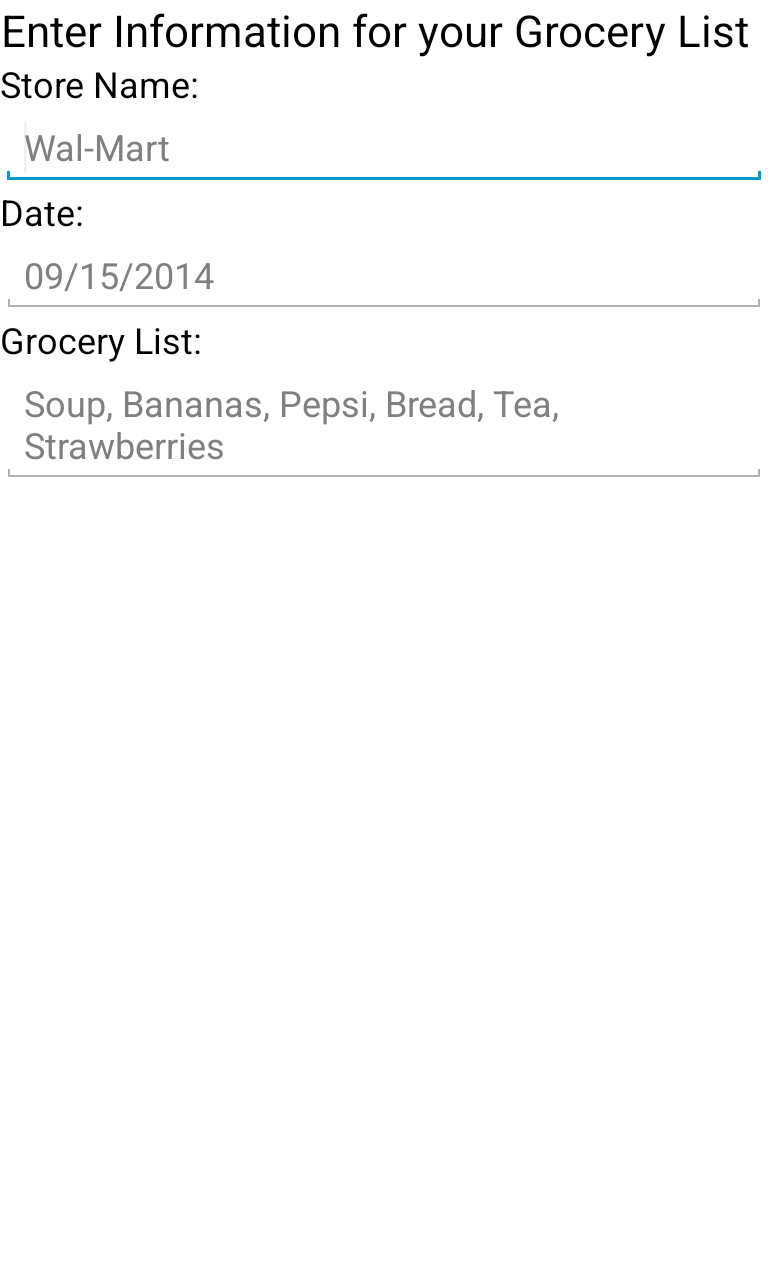
Repository: laurenelder/MDF3
Layout: Week 3/WidgetApp/res/layout/activity_form.xml
An editor plug-in stored every save of this project. The layout is shown before and after the next save, followed by the edit.
It is drawn on a 768 x 1280 px phone screen (xhdpi) without system bars, with theme AppTheme; the app's code is not run.

Above is the layout before, as saved 2014-09-16 02:05:33.

### Week 3/WidgetApp/res/layout/activity_form.xml
<?xml version="1.0" encoding="utf-8"?>
<LinearLayout xmlns:android="http://schemas.android.com/apk/res/android"
    android:layout_width="match_parent"
    android:layout_height="match_parent"
    android:orientation="vertical" >

    <TextView
        android:id="@+id/formTitle"
        android:layout_width="wrap_content"
        android:layout_height="wrap_content"
        android:gravity="center"
        android:text="@string/form_label"
        android:textAppearance="?android:attr/textAppearanceLarge" />

    <TextView
        android:id="@+id/storeLabel"
        android:layout_width="wrap_content"
        android:layout_height="wrap_content"
        android:text="@string/store_label"
        android:textAppearance="?android:attr/textAppearanceMedium" />

    <EditText
        android:id="@+id/storeInput"
        android:layout_width="match_parent"
        android:layout_height="wrap_content"
        android:hint="@string/store_hint"
        android:ems="10" >

        <requestFocus />
    </EditText>

    <TextView
        android:id="@+id/dateLabel"
        android:layout_width="wrap_content"
        android:layout_height="wrap_content"
        android:text="@string/date_label"
        android:textAppearance="?android:attr/textAppearanceMedium" />

    <EditText
        android:id="@+id/dateInput"
        android:layout_width="match_parent"
        android:layout_height="wrap_content"
        android:hint="@string/date_hint"
        android:ems="10" />

    <TextView
        android:id="@+id/listLabel"
        android:layout_width="wrap_content"
        android:layout_height="wrap_content"
        android:text="@string/list_label"
        android:textAppearance="?android:attr/textAppearanceMedium" />

    <EditText
        android:id="@+id/listInput"
        android:layout_width="match_parent"
        android:layout_height="wrap_content"
        android:hint="@string/list_hint"
        android:ems="10" />

</LinearLayout>

### Week 3/WidgetApp/res/values/strings.xml
<?xml version="1.0" encoding="utf-8"?>
<resources>

    <string name="app_name">Widget App</string>
    <string name="hello_world">Hello world!</string>
    <string name="action_settings">Settings</string>
    <string name="form_label">Enter Information for your Grocery List</string>
    <string name="store_label">Store Name:</string>
    <string name="date_label">Date:</string>
    <string name="list_label">Grocery List:</string>
    <string name="store_hint">Wal-Mart</string>
    <string name="date_hint">09/15/2014</string>
    <string name="list_hint">Soup, Bananas, Pepsi, Bread, Tea, Strawberries</string>

</resources>

Loaded but not shown: Week 3/WidgetApp/res/values/styles.xml (common file); Week 3/WidgetApp/res/values-v11/styles.xml (common file); Week 3/WidgetApp/res/values-v14/styles.xml (common file)

After the next save:
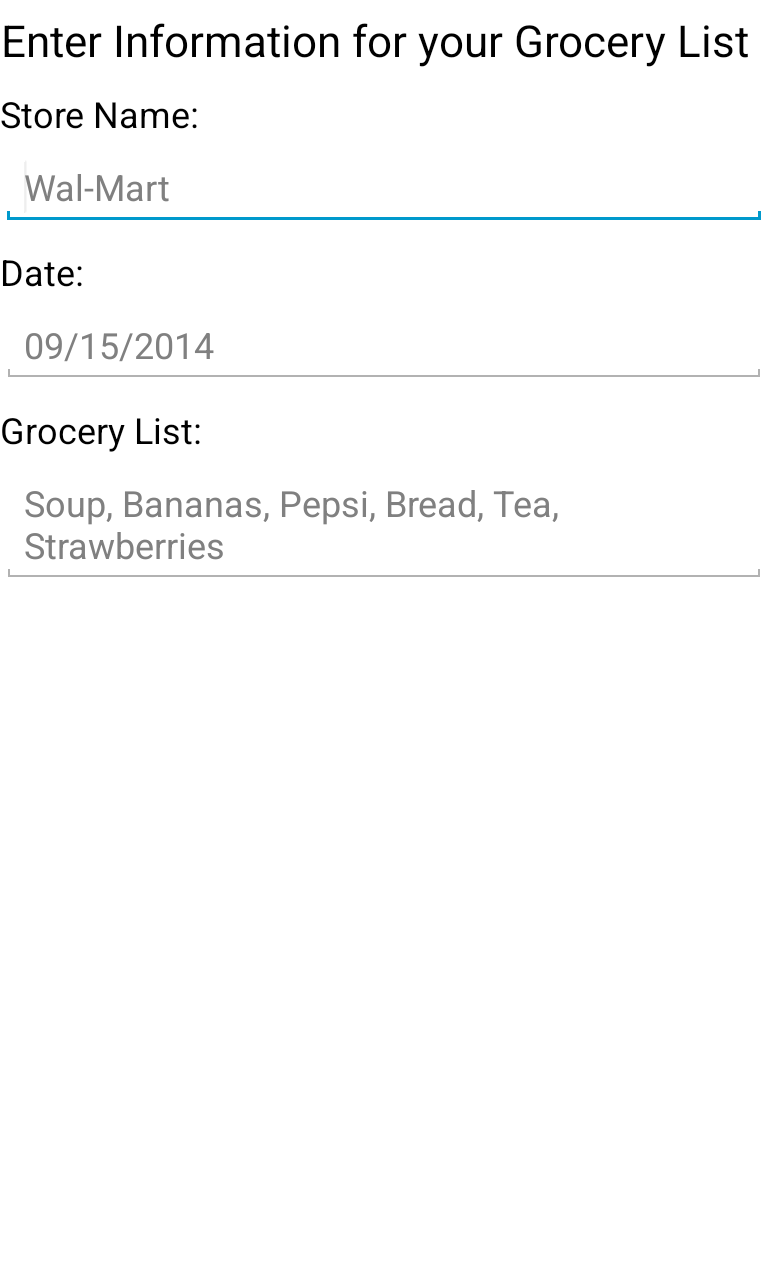
Saved 4 min 47 s later.
--- a/Week 3/WidgetApp/res/layout/activity_form.xml
+++ b/Week 3/WidgetApp/res/layout/activity_form.xml
@@ -8,6 +8,7 @@
         android:id="@+id/formTitle"
         android:layout_width="wrap_content"
         android:layout_height="wrap_content"
+        android:layout_marginTop="5dp"
         android:gravity="center"
         android:text="@string/form_label"
         android:textAppearance="?android:attr/textAppearanceLarge" />
@@ -16,6 +17,7 @@
         android:id="@+id/storeLabel"
         android:layout_width="wrap_content"
         android:layout_height="wrap_content"
+        android:layout_marginTop="10dp"
         android:text="@string/store_label"
         android:textAppearance="?android:attr/textAppearanceMedium" />
 
@@ -23,6 +25,7 @@
         android:id="@+id/storeInput"
         android:layout_width="match_parent"
         android:layout_height="wrap_content"
+        android:layout_marginTop="5dp"
         android:hint="@string/store_hint"
         android:ems="10" >
 
@@ -33,6 +36,7 @@
         android:id="@+id/dateLabel"
         android:layout_width="wrap_content"
         android:layout_height="wrap_content"
+        android:layout_marginTop="10dp"
         android:text="@string/date_label"
         android:textAppearance="?android:attr/textAppearanceMedium" />
 
@@ -40,6 +44,7 @@
         android:id="@+id/dateInput"
         android:layout_width="match_parent"
         android:layout_height="wrap_content"
+        android:layout_marginTop="5dp"
         android:hint="@string/date_hint"
         android:ems="10" />
 
@@ -47,6 +52,7 @@
         android:id="@+id/listLabel"
         android:layout_width="wrap_content"
         android:layout_height="wrap_content"
+        android:layout_marginTop="10dp"
         android:text="@string/list_label"
         android:textAppearance="?android:attr/textAppearanceMedium" />
 
@@ -54,6 +60,7 @@
         android:id="@+id/listInput"
         android:layout_width="match_parent"
         android:layout_height="wrap_content"
+        android:layout_marginTop="5dp"
         android:hint="@string/list_hint"
         android:ems="10" />
 
